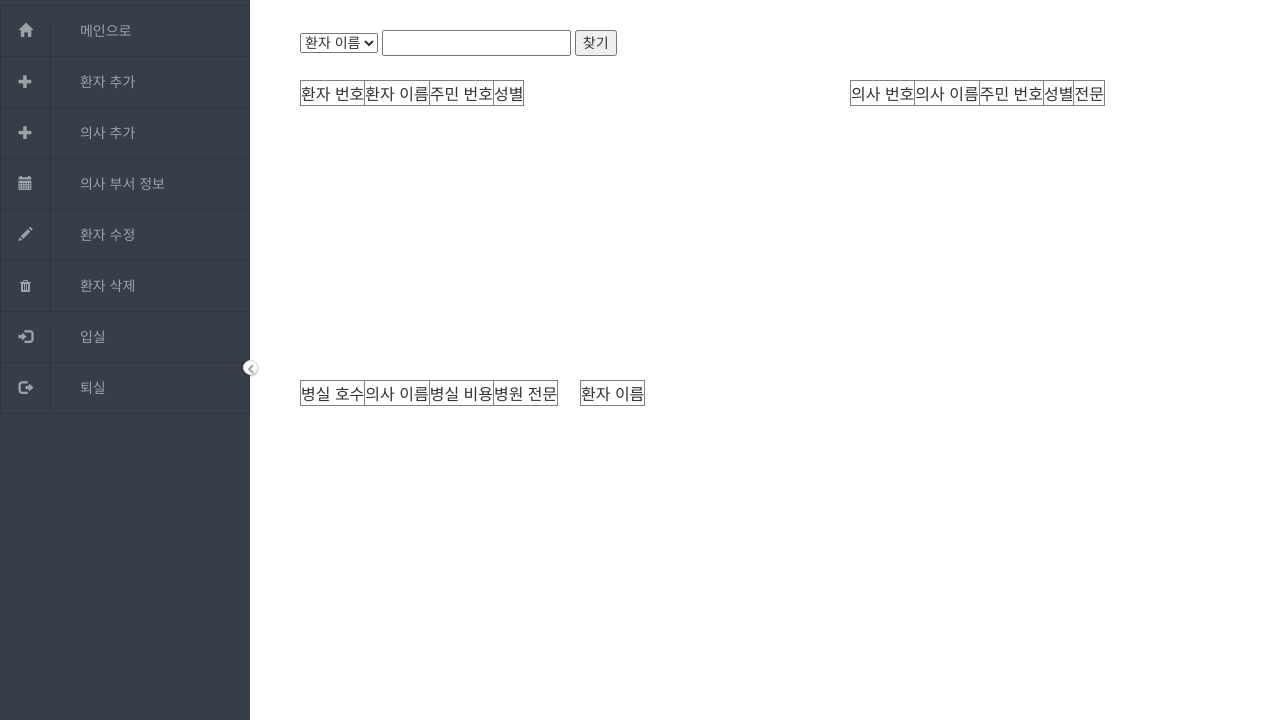
Repository: qaws1134/Hospital_manager
Page: http://localhost/project/main.jsp
An editor plug-in stored every save of this project. The page is shown before and after the next save, followed by the edit.
The browser window is 1280 px wide. The pictures show the whole page.
Some web libraries are served in a nearby version. The page is served by Tomcat 9. Other server files are loaded and not shown. The template is opened directly, without the code that normally fills it, so the values that code supplies are empty.

Above is the page before, as saved 2017-12-09 16:25:00.
Console error (its wording comes from the project's code and is left out).

### project/WebContent/main.jsp
<%@ page language="java" contentType="text/html; charset=UTF-8"
    pageEncoding="UTF-8"%>
<%@ taglib uri="http://java.sun.com/jsp/jstl/core" prefix="c" %>

<html lang="kr">
	<head>

	<meta http-equiv="Content-Type" content="text/html" charset="UTF-8">
	<title>http://www.blueb.co.kr</title>
<link rel="stylesheet" href="http://netdna.bootstrapcdn.com/font-awesome/4.3.0/css/font-awesome.min.css">
<!-- 합쳐지고 최소화된 최신 CSS -->
<link rel="stylesheet" href="https://maxcdn.bootstrapcdn.com/bootstrap/3.3.2/css/bootstrap.min.css">
<!-- 부가적인 테마 -->
<link rel="stylesheet" href="https://maxcdn.bootstrapcdn.com/bootstrap/3.3.2/css/bootstrap-theme.min.css">

<!-- 합쳐지고 최소화된 최신 자바스크립트 -->
<script src="https://maxcdn.bootstrapcdn.com/bootstrap/3.3.2/js/bootstrap.min.js"></script>

<style type="text/css">
input[type="checkbox"]#menu_state {
  display: none;
}
input[type="checkbox"]:checked ~ nav {
  width: 250px;
}
input[type="checkbox"]:checked ~ nav label[for="menu_state"] i::before {
  content: "\f053";
}
input[type="checkbox"]:checked ~ nav ul {
  width: 100%;
}
input[type="checkbox"]:checked ~ nav ul li a i {
  border-right: 1px solid #2f343e;
}
input[type="checkbox"]:checked ~ nav ul li a span {
  opacity: 1;
  transition: opacity 0.25s ease-in-out;
}
input[type="checkbox"]:checked ~ main {
  left: 250px;
}
nav {
  position: fixed;
  z-index: 9;
  top: 0;
  left: 0;
  bottom: 0;
  background: #383e49;
  color: #9aa3a8;
  width: 50px;
  font-family: 'Montserrat', sans-serif;
  font-weight: lighter;
  transition: all 0.15s ease-in-out;
}
nav label[for="menu_state"] i {
  cursor: pointer;
  position: absolute;
  top: 50%;
  right: -8px;
  box-shadow: 0 1px 3px rgba(0,0,0,0.12), 0 1px 2px rgba(0,0,0,0.24);
  background: #fff;
  font-size: 10px;
  display: flex;
  justify-content: center;
  align-items: center;
  height: 15px;
  width: 15px;
  border-radius: 50%;
  border: 1px solid #ddd;
  transition: width 0.15s ease-in-out;
  z-index: 1;
}
nav label[for="menu_state"] i::before {
  margin-top: 2px;
  content: "\f054";
}
nav label[for="menu_state"] i:hover {
  box-shadow: 0 10px 20px rgba(0,0,0,0.19), 0 6px 6px rgba(0,0,0,0.23);
}
nav ul {
  overflow: hidden;
  display: block;
  width: 50px;
  list-style-type: none;
  padding: 0;
  margin: 0;
}
nav ul li {
  border: 1px solid #2f343e;
  position: relative;
}
nav ul li.unread:after {
  content: attr(data-content);
  position: absolute;
  top: 10px;
  left: 25px;
  display: flex;
  justify-content: center;
  align-items: center;
  width: 15px;
  height: 15px;
  border-radius: 50%;
  color: #fff;
  background: #ef5952;
  font-size: 8px;
}
nav ul li:not(:last-child) {
  border-bottom: none;
}
nav ul li.active a {
  background: #4c515d;
  color: #fff;
}
nav ul li a {
  position: relative;
  display: block;
  white-space: nowrap;
  text-decoration: none;
  color: #9aa3a8;
  height: 50px;
  width: 100%;
  transition: all 0.15s ease-in-out;
}
nav ul li a:hover {
  background: #4c515d;
  color: #fff;
}
nav ul li a * {
  height: 100%;
  display: inline-block;
}
nav ul li a i {
  text-align: center;
  width: 50px;
  z-index: 999999;
}
nav ul li a i.fa {
  line-height: 50px;
}
nav ul li a span {
  padding-left: 25px;
  opacity: 0;
  line-height: 50px;
  transition: opacity 0.1s ease-in-out;
  .table-users {
  border: 1px solid #327a81;
  border-radius: 10px;
  box-shadow: 3px 3px 0 rgba(0, 0, 0, 0.1);
  max-width: calc(100% - 2em);
  margin: 1em auto;
  overflow: hidden;
  width: 800px;
}

table {
  width: 100%;
}
table td, table th {
  color: #2b686e;
  padding: 10px;
}
table td {
  text-align: center;
  vertical-align: middle;
}
table td:last-child {
  font-size: 0.95em;
  line-height: 1.4;
  text-align: left;
}
table th {
  background-color: #daeff1;
  font-weight: 300;
}
table tr:nth-child(2n) {
  background-color: white;
}
table tr:nth-child(2n+1) {
  background-color: #edf7f8;
}

@media screen and (max-width: 700px) {
  table, tr, td {
    display: block;
  }

  td:first-child {
    position: absolute;
    top: 50%;
    -webkit-transform: translateY(-50%);
            transform: translateY(-50%);
    width: 100px;
  }
  td:not(:first-child) {
    clear: both;
    margin-left: 100px;
    padding: 4px 20px 4px 90px;
    position: relative;
    text-align: left;
  }
  td:not(:first-child):before {
    color: #91ced4;
    content: '';
    display: block;
    left: 0;
    position: absolute;
  }
  td:nth-child(2):before {
    content: 'Name:';
  }
  td:nth-child(3):before {
    content: 'Email:';
  }
  td:nth-child(4):before {
    content: 'Phone:';
  }
  td:nth-child(5):before {
    content: 'Comments:';
  }

  tr {
    padding: 10px 0;
    position: relative;
  }
  tr:first-child {
    display: none;
  }
}

}

</style>
</head>

<body>
<input type="checkbox" id="menu_state" checked>
<nav>
	<label for="menu_state"><i class="fa"></i></label>
	<ul>
    <li>
      <a href="main.do">
        <i class="glyphicon glyphicon-home"></i>
        <span>메인으로</span>   <!--환자 대기 목록,병실 목록 및 현황-->
      </a>
    </li>
		<li>
			<a href="P_addui.do">
				<i class="glyphicon glyphicon-plus"></i>
				<span>환자 추가</span>
			</a>
		</li>
		<li>
			<a href="D_addui.do">
				<i class="glyphicon glyphicon-plus"></i>
				<span>의사 추가</span>
			</a>
		</li>

		<li>
			<a href="D_clsif.do">
				<i class="glyphicon glyphicon-calendar"></i>
				<span>의사 부서 정보</span>
			</a>
		</li>

		<li>
			<a href="cristal.do">
				<i class="glyphicon glyphicon-pencil"></i>
				<span>환자 수정</span>
			</a>
		</li>
		<li>
			<a href="delsel.do">
				<i class="fa fa-trash"></i>
				<span>환자 삭제</span>
			</a>
		</li>
      <li>
      <a href="insel.do">
        <i class="glyphicon glyphicon-log-in"></i>
        <span>입실</span>
      </a>
    </li>
        <li>
      <a href="javascript:void(0)">
        <i class="glyphicon glyphicon-log-out"></i>
        <span>퇴실</span>
      </a>
    </li>
	</ul>
</nav>
<section style="position:absolute; top:30px;left:300px">
<form action="search.do">
	<select name ="searchName"size ="1">
		<option value="p_name">환자 이름</option>
		<option value="d_name">의사 이름</option>
		<option value="d_cls">병원 종류</option>
	</select>
	<input type="text" name="searchValue">
	<input type="submit" value="찾기">
</form>
</section>

<!-- 환자 정보	 -->
<section style="position:absolute; top:80px;left:300px">
      <table border="1">
      	<tr>
      		<td>환자 번호</td>
      		<td>환자 이름</td>
      		<td>주민 번호</td>
      		<td>성별</td>
      	</tr>

      	<c:forEach items="${P_list}" var="dto">
	      	<tr>
	      		<td>${dto.p_NUM}</td>
	      		<td>${dto.p_NAME}</td>
	      		<td>${dto.p_PERNUM}</td>
	      		<td>${dto.p_GENDER }</td>
	      	</tr>
		</c:forEach>
      </table>
</section>
<!-- 의사 정보 -->
<section style="position:absolute; top:80px;left:850px">
     <table border="1">
      	<tr>
      		<td>의사 번호</td>
      		<td>의사 이름</td>
      		<td>주민 번호</td>
      		<td>성별</td>
      		<td>전문</td>
      	</tr>


      	<c:forEach items="${D_list}" var="dto">
	      	<tr>
	      		<td>${dto.d_NUM}</td>
	      		<td>${dto.d_NAME}</td>
	      		<td>${dto.d_PERNUM}</td>
	      		<td>${dto.d_GENDER }</td>
	      		<td>${dto.d_CLS}</td>
	      	</tr>
		</c:forEach>
      </table>
</section>

<!-- 병실 정보 -->
<section style="position:absolute; top:380px;left:300px">
      <table border="1">
      	<tr>
      		<td>병실 호수</td>
      		<td>의사 이름</td>
      		<td>병실 비용</td>
  			<td>병원 전문</td>


      	</tr>

      	<c:forEach items="${D_inshow}" var="dto">
	      	<tr>
	      		<td>${dto.h_NUM}호</td>
	      		<td>${dto.d_NAME}</td>
	      		<td>${dto.h_COST}</td>
	      		<td>${dto.d_CLS}</td>
	      	</tr>
		</c:forEach>
      </table>
</section>
<section style="position:absolute; top:380px;left:580px">
      <table border="1">
      	<tr>
      		<td>환자 이름</td>
      	</tr>
      	<c:forEach items="${P_inshow}" var="dto">
	      	<tr>
	      		<td>${dto.p_NAME}</td>
	      	</tr>
		</c:forEach>
      </table>
</section>

<!--
<section style="position:absolute; top:400px;left:300px">
     <table border="1">
		<tr>
      	<c:forEach items="${D_list}" var="dto">
	      		<td>${dto.d_NUM}</td>
	      		<td>${dto.d_NAME}</td>
	      		<td>${dto.d_PERNUM}</td>
	      		<td>${dto.d_GENDER }</td>
	      		<td>${dto.d_CLS}</td>
		</c:forEach>
		</tr>
		<tr>
      	<c:forEach items="${D_list}" var="dto">
	      		<td>${dto.d_NUM}</td>
	      		<td>${dto.d_NAME}</td>
	      		<td>${dto.d_PERNUM}</td>
	      		<td>${dto.d_GENDER }</td>
	      		<td>${dto.d_CLS}</td>
		</c:forEach>
		</tr>
		<tr>
      	<c:forEach items="${D_list}" var="dto">
	      		<td>${dto.d_NUM}</td>
	      		<td>${dto.d_NAME}</td>
	      		<td>${dto.d_PERNUM}</td>
	      		<td>${dto.d_GENDER }</td>
	      		<td>${dto.d_CLS}</td>
		</c:forEach>
		</tr>
      </table>
</section>
-->
</body>
</html>

After the next save:
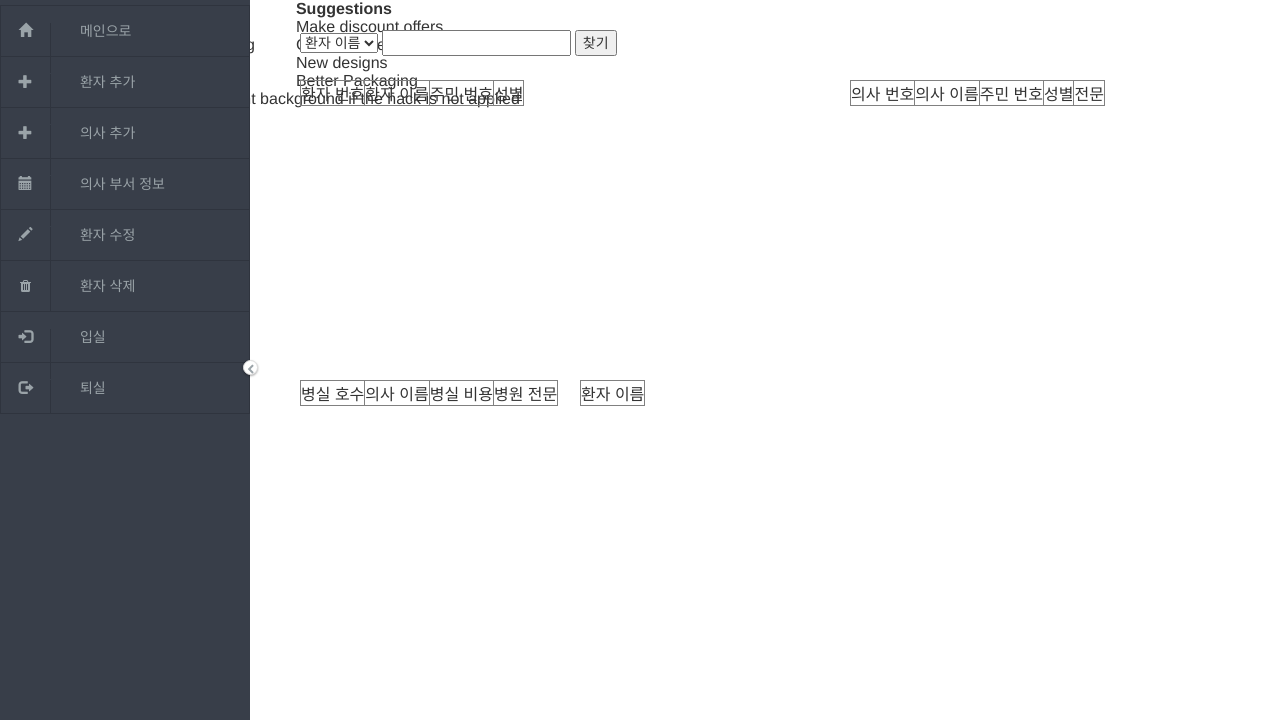
Saved 110 s later.
--- a/project/WebContent/main.jsp
+++ b/project/WebContent/main.jsp
@@ -142,90 +142,7 @@
   opacity: 0;
   line-height: 50px;
   transition: opacity 0.1s ease-in-out;
-  .table-users {
-  border: 1px solid #327a81;
-  border-radius: 10px;
-  box-shadow: 3px 3px 0 rgba(0, 0, 0, 0.1);
-  max-width: calc(100% - 2em);
-  margin: 1em auto;
-  overflow: hidden;
-  width: 800px;
-}
-
-table {
-  width: 100%;
-}
-table td, table th {
-  color: #2b686e;
-  padding: 10px;
-}
-table td {
-  text-align: center;
-  vertical-align: middle;
-}
-table td:last-child {
-  font-size: 0.95em;
-  line-height: 1.4;
-  text-align: left;
-}
-table th {
-  background-color: #daeff1;
-  font-weight: 300;
-}
-table tr:nth-child(2n) {
-  background-color: white;
-}
-table tr:nth-child(2n+1) {
-  background-color: #edf7f8;
-}
-
-@media screen and (max-width: 700px) {
-  table, tr, td {
-    display: block;
-  }
-
-  td:first-child {
-    position: absolute;
-    top: 50%;
-    -webkit-transform: translateY(-50%);
-            transform: translateY(-50%);
-    width: 100px;
-  }
-  td:not(:first-child) {
-    clear: both;
-    margin-left: 100px;
-    padding: 4px 20px 4px 90px;
-    position: relative;
-    text-align: left;
-  }
-  td:not(:first-child):before {
-    color: #91ced4;
-    content: '';
-    display: block;
-    left: 0;
-    position: absolute;
-  }
-  td:nth-child(2):before {
-    content: 'Name:';
-  }
-  td:nth-child(3):before {
-    content: 'Email:';
-  }
-  td:nth-child(4):before {
-    content: 'Phone:';
-  }
-  td:nth-child(5):before {
-    content: 'Comments:';
-  }
-
-  tr {
-    padding: 10px 0;
-    position: relative;
-  }
-  tr:first-child {
-    display: none;
-  }
-}
+
 
 }
 
@@ -413,5 +330,44 @@
       </table>
 </section>
 -->
+
+
+<table id="background-image" summary="Meeting Results">
+    <thead>
+    	<tr>
+        	<th scope="col">Employee</th>
+            <th scope="col">Division</th>
+            <th scope="col">Suggestions</th>
+        </tr>
+    </thead>
+    <tfoot>
+    	<tr>
+        	<td colspan="4">IE 6 users won't see the transparent background if the hack is not applied</td>
+        </tr>
+    </tfoot>
+    <tbody>
+    	<tr>
+        	<td>Stephen C. Cox</td>
+            <td>Marketing</td>
+            <td>Make discount offers</td>
+        </tr>
+        <tr>
+        	<td>Josephin Tan</td>
+            <td>Advertising</td>
+            <td>Give bonuses</td>
+        </tr>
+        <tr>
+        	<td>Joyce Ming</td>
+            <td>Marketing</td>
+            <td>New designs</td>
+        </tr>
+        <tr>
+        	<td>James A. Pentel</td>
+            <td>Marketing</td>
+            <td>Better Packaging</td>
+        </tr>
+    </tbody>
+</table>
+
 </body>
 </html>

After the save that followed:
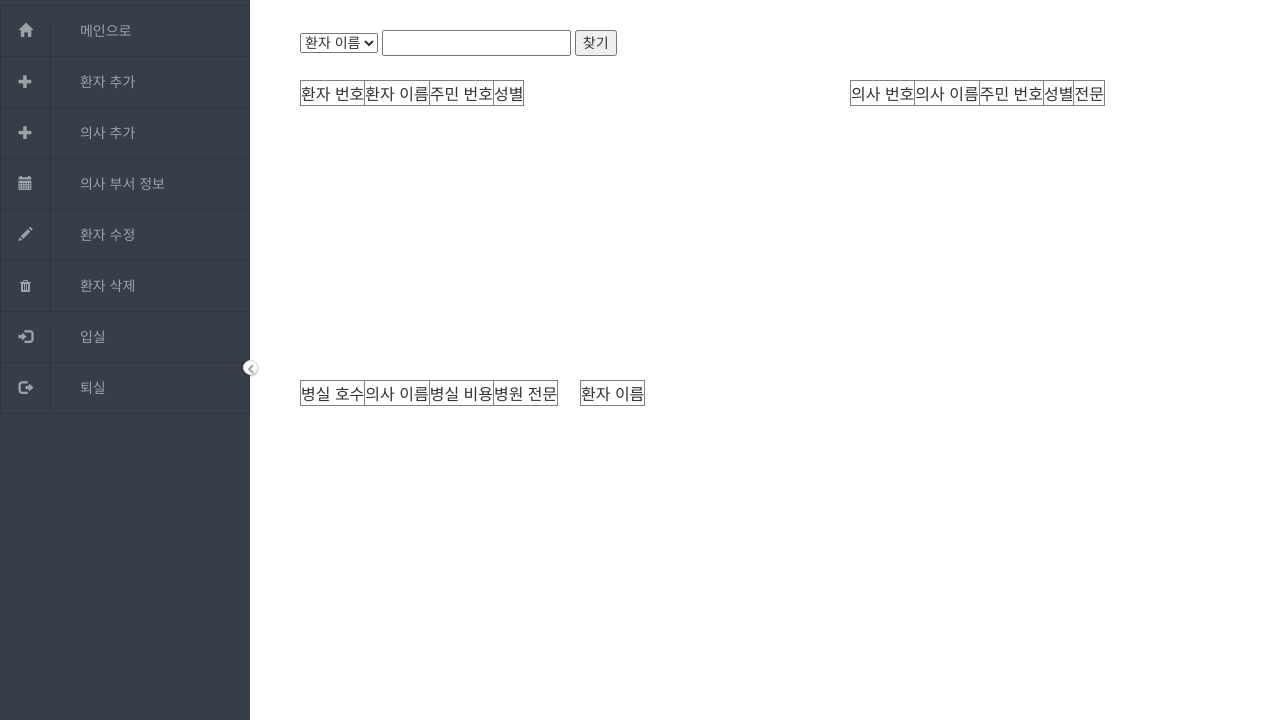
Saved 40 s later.
--- a/project/WebContent/main.jsp
+++ b/project/WebContent/main.jsp
@@ -332,42 +332,6 @@
 -->
 
 
-<table id="background-image" summary="Meeting Results">
-    <thead>
-    	<tr>
-        	<th scope="col">Employee</th>
-            <th scope="col">Division</th>
-            <th scope="col">Suggestions</th>
-        </tr>
-    </thead>
-    <tfoot>
-    	<tr>
-        	<td colspan="4">IE 6 users won't see the transparent background if the hack is not applied</td>
-        </tr>
-    </tfoot>
-    <tbody>
-    	<tr>
-        	<td>Stephen C. Cox</td>
-            <td>Marketing</td>
-            <td>Make discount offers</td>
-        </tr>
-        <tr>
-        	<td>Josephin Tan</td>
-            <td>Advertising</td>
-            <td>Give bonuses</td>
-        </tr>
-        <tr>
-        	<td>Joyce Ming</td>
-            <td>Marketing</td>
-            <td>New designs</td>
-        </tr>
-        <tr>
-        	<td>James A. Pentel</td>
-            <td>Marketing</td>
-            <td>Better Packaging</td>
-        </tr>
-    </tbody>
-</table>
 
 </body>
 </html>
